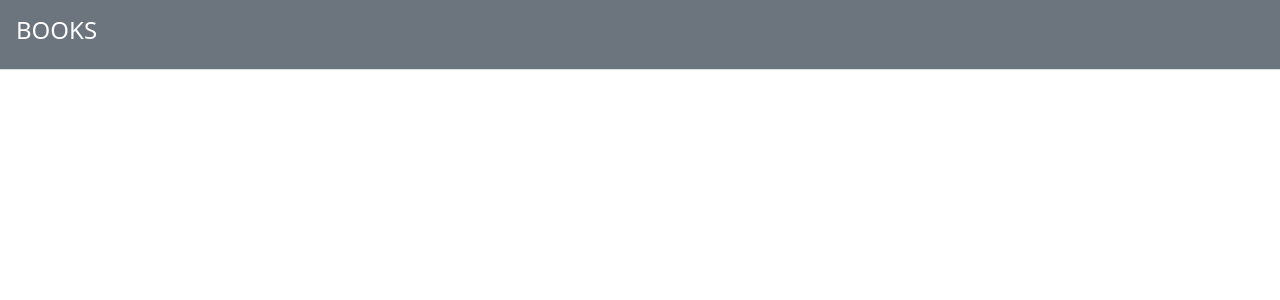
Repository: SKB-TECH/Books
Page: /
An editor plug-in stored every save of this project. The page is shown before and after the next save, followed by the edit.
The browser window is 1280 px wide. The pictures show the whole page.
The project was rebuilt for these pictures with package versions that can differ from the ones it lists, and the page was loaded fresh each time. Also part of the build but not shown: vite.config.js.

Above is the page before, as saved 2022-11-09 15:33:11.

### src/main.jsx
import React from 'react'
import ReactDOM from 'react-dom/client'
import App from './App'
import 'bootstrap/dist/css/bootstrap.min.css'

ReactDOM.createRoot(document.getElementById('root')).render(
  <React.StrictMode>
    <App />
  </React.StrictMode>
)

### src/App.jsx
import React from 'react';
import Footer from './components/Footer';
import Navbar from './components/Navbar';

const App = () => {
  return (
    <div className='App'>
      <Navbar />
      <Footer />
    </div>
  );
};

export default App;

### src/components/Footer.jsx
import React from 'react';

const Footer = () => {
    return (
        <footer className='footer text-white bg-secondary mt-5'>
            <div className='container'>
                <span>

                </span>
            </div>
        </footer>
    );
};

export default Footer;

### src/components/Navbar.jsx
import React from 'react';

const Navbar = () => {
    return (
        <header>
            <div className='d-flex flex-column flex-md-row p-3 border-bottom bg-secondary text-white'>
                <h4 className='mr-md-auto'>
                    <a href="/" className='text-decoration-none text-white'>BOOKS</a>
                </h4>
            </div>
            {/* Menu principl */}
        </header>
    );
};

export default Navbar;

Loaded but not shown: index.html (common file)

After the next save:
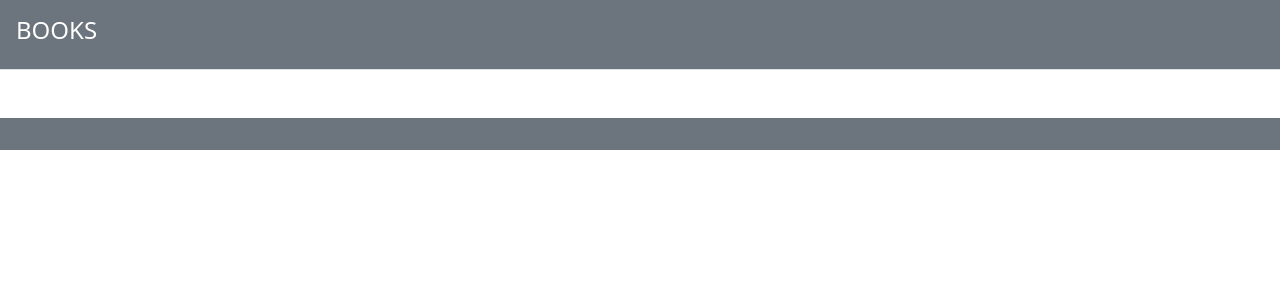
Saved 10 s later.
--- a/src/components/Footer.jsx
+++ b/src/components/Footer.jsx
@@ -3,7 +3,7 @@ import React from 'react';
 const Footer = () => {
     return (
         <footer className='footer text-white bg-secondary mt-5'>
-            <div className='container'>
+            <div className='container p-3'>
                 <span>
 
                 </span>
